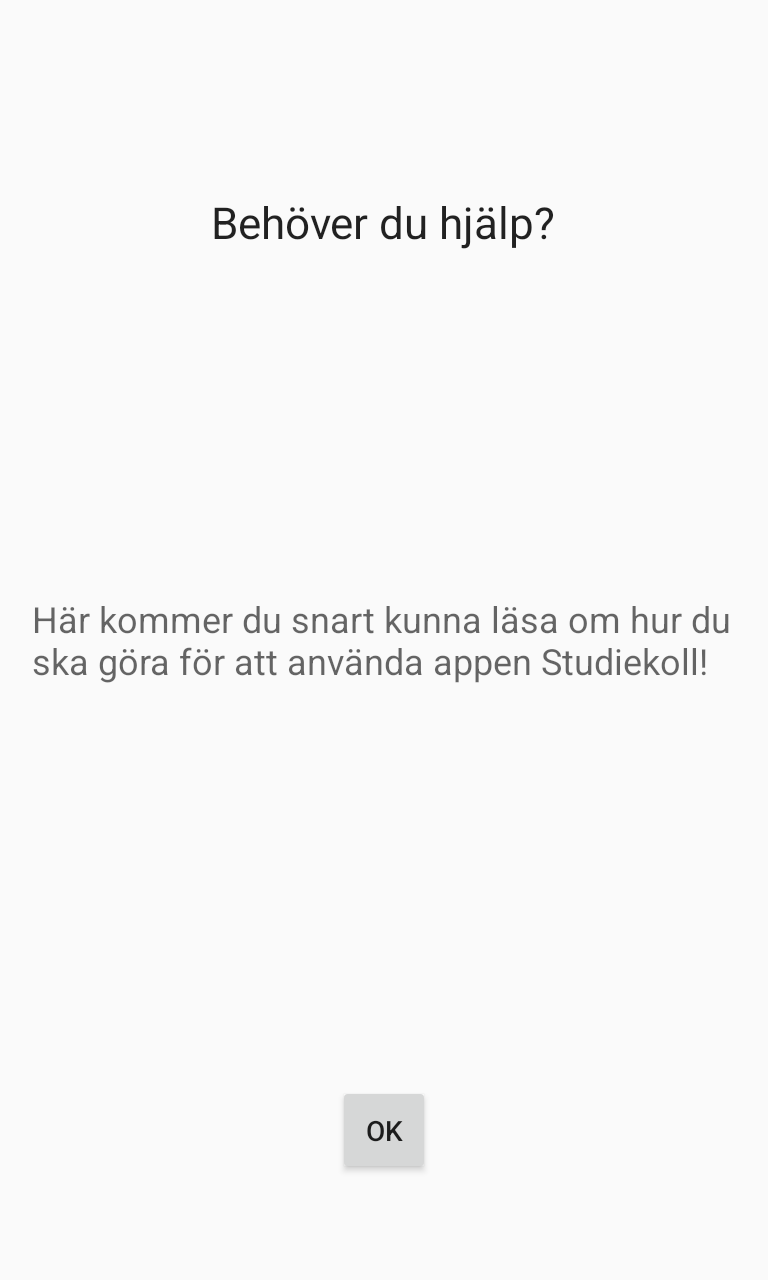
Repository: Dinova/Studiekoll
Layout: Studiekoll/Studiekoll/res/layout/fragment_help.xml
An editor plug-in stored every save of this project. The layout is shown before and after the next save, followed by the edit.
It is drawn on a 768 x 1280 px phone screen (xhdpi) without system bars, with theme AppTheme; the app's code is not run.

Above is the layout before, as saved 2014-05-16 08:14:57.

After the next save:
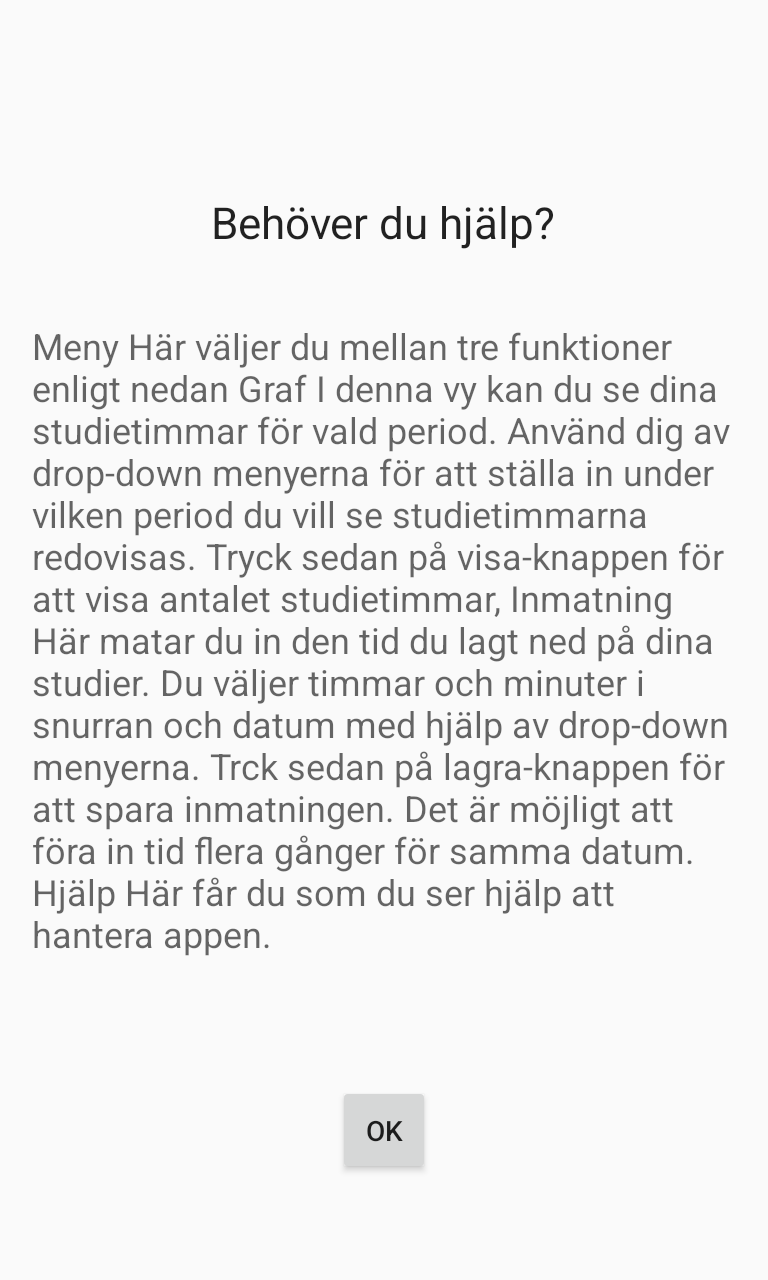
Saved 69 s later.
--- a/Studiekoll/Studiekoll/res/layout/fragment_help.xml
+++ b/Studiekoll/Studiekoll/res/layout/fragment_help.xml
@@ -35,7 +35,7 @@
         android:layout_height="wrap_content"
         android:layout_centerHorizontal="true"
         android:layout_centerVertical="true"
-        android:text="Här kommer du snart kunna läsa om hur du ska göra för att använda appen Studiekoll!"
+        android:text="@string/help_text"
         android:textAppearance="?android:attr/textAppearanceMedium" />
 
 </RelativeLayout>
